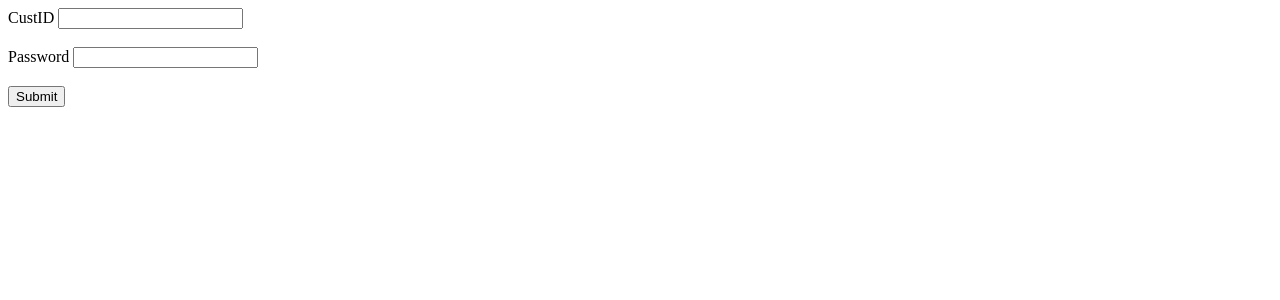
Repository: KGDarshan/BankApplication
Page: CaravanBanking/WebContent/Login.html
These files come from the project's save history. The page is drawn as it stood at one moment and after the next save; the edit follows.
The browser window is 1280 px wide. The pictures show the whole page.

Above is the page before, as saved 2020-10-09 06:30:03.

### CaravanBanking/WebContent/Login.html
<!DOCTYPE html>
<html>
<head>
<meta charset="ISO-8859-1">
<title>Insert title here</title>
</head>
<body>
	<form action="Login" method="post">

		<label>CustID</label>
		<input type="text" name="custid"><br><br>

		<label>Password</label>
		<input type="password" name="pwd"><br><br>

		<input type="submit">
	</form>
</body>
</html>

After the next save:
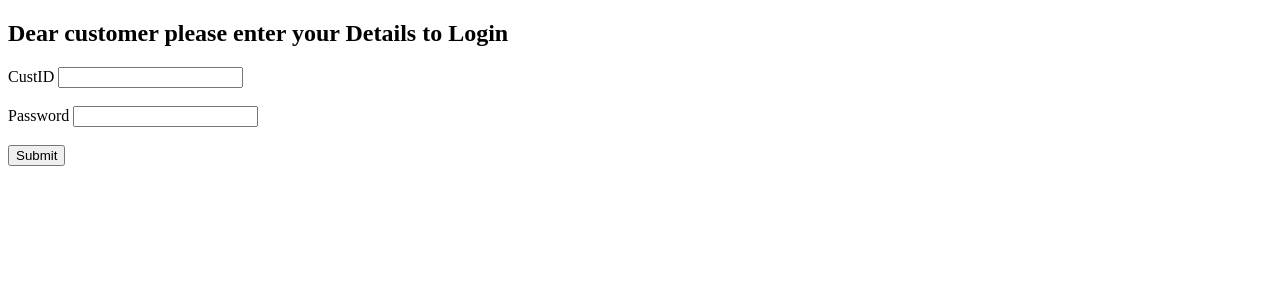
Saved 2 min 27 s later.
--- a/CaravanBanking/WebContent/Login.html
+++ b/CaravanBanking/WebContent/Login.html
@@ -5,6 +5,7 @@
 <title>Insert title here</title>
 </head>
 <body>
+  <h2>Dear customer please enter your Details to Login</h2>
 	<form action="Login" method="post">
 
 		<label>CustID</label>
